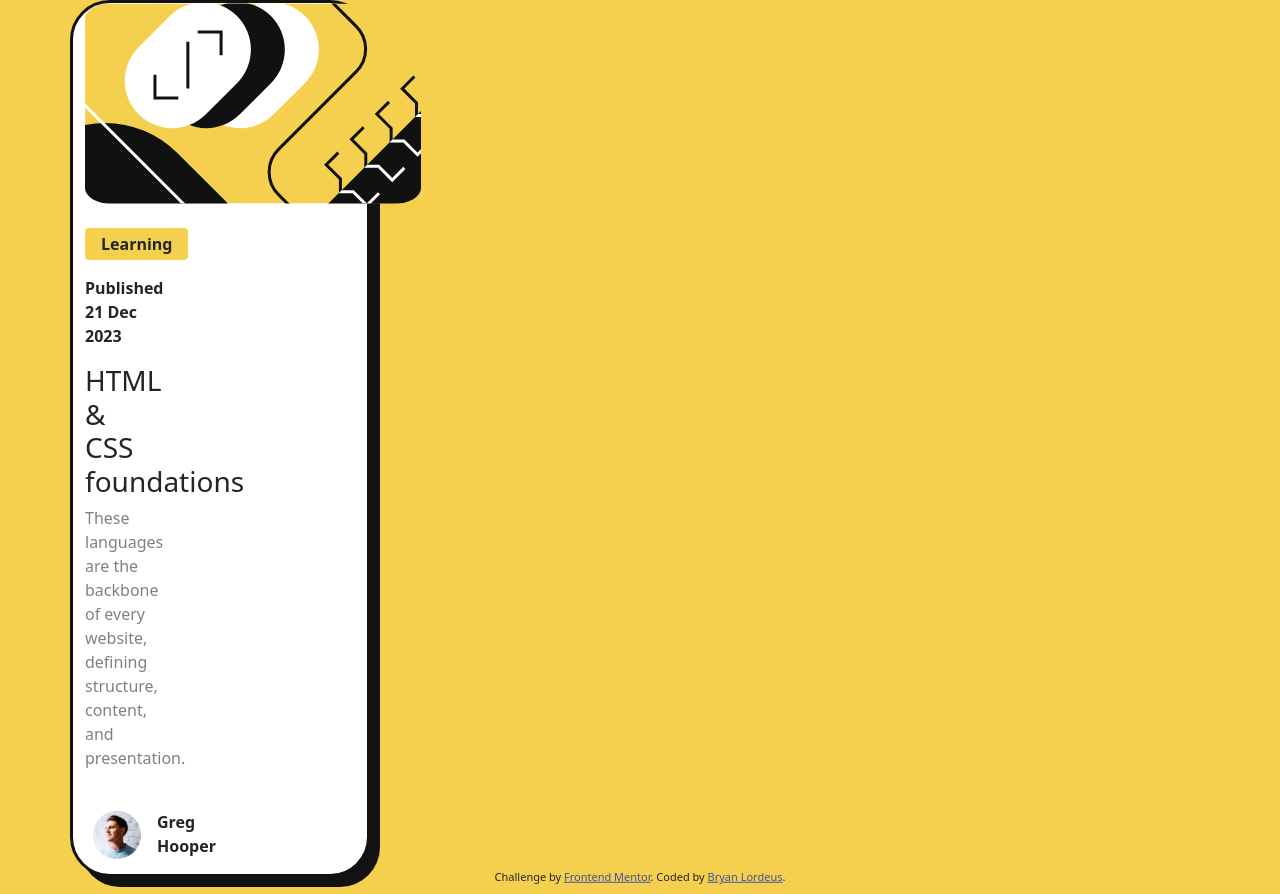
Repository: blordeus/blog-preview-card
Page: index.html
These files come from the project's save history. The page is drawn as it stood at one moment and after a run of saves; the edit follows.
The browser window is 1280 px wide. The pictures show the whole page.
The style sheet was rebuilt from its Sass, Less or Tailwind sources for each picture, by a compiler version that may differ from the author's.

Above is the page before, as saved 2024-02-10 11:35:57.

### index.html
<!DOCTYPE html>
<html lang="en">
<head>
  <meta charset="UTF-8">
  <meta name="viewport" content="width=device-width, initial-scale=1.0"> <!-- displays site properly based on user's device -->

  <link rel="icon" type="image/png" sizes="32x32" href="./assets/images/favicon-32x32.png">
  <link rel="stylesheet" href="style.css">
  <link href="https://cdn.jsdelivr.net/npm/bootstrap@5.1.3/dist/css/bootstrap.min.css" rel="stylesheet" integrity="sha384-1BmE4kWBq78iYhFldvKuhfTAU6auU8tT94WrHftjDbrCEXSU1oBoqyl2QvZ6jIW3" crossorigin="anonymous">
  <title>Frontend Mentor | Blog preview card</title>

</head>
<body class="yellow-bg container">
<main class=" white-bg black-shadow row">
    <div class="col-sm-4">
      <img class="img-header rounded-edges" src="assets\images\illustration-article.svg" alt="header image">
      <div class="mt-4">
        <p class="yellow-bg d-inline-block px-3 py-1 rounded fw-bold">Learning</p>
      </div>
      <p class="fw-bold">Published 21 Dec 2023</p>
      <h1 class="h3">HTML & CSS foundations</h1>
      <p class="grey-text">These languages are the backbone of every website, defining structure, content, and presentation.</p>

      <div class="d-flex gap-2 pt-2 align-items-center">
        <img class="greg" src="assets\images\image-avatar.webp" alt="author image">
        <p class="mt-3 fw-bold">Greg Hooper</p>
      </div>

    </div>
</main>
<div class="attribution d-none d-sm-block translate-middle-y">
    Challenge by <a href="https://www.frontendmentor.io?ref=challenge" target="_blank">Frontend Mentor</a>.
    Coded by <a href="www.bryanlordeus.com">Bryan Lordeus</a>.
  </div>
</body>
</html>

### style.scss
@font-face {
    font-family: Figtree;
    src: url(./assets/fonts/Figtree-VariableFont_wght.ttf);
}

@font-face {
    font-family: Figtree-Italic;
    src: url(./assets/fonts/Figtree-Italic-VariableFont_wght.ttf) format("truetype");
    font-style: italic;
}

// Primary

$Yellow: hsl(47, 88%, 63%);

// Neutral

$White: hsl(0, 0%, 100%);
$Grey: hsl(0, 0%, 50%);
$Black: hsl(0, 0%, 7%);

//reset

* {
    margin: 0;
    padding: 0;
    box-sizing: border-box;
}

body {
    font-family: Figtree;
}

main{
    border-radius: 10px;
    //translate vertically to center of screen
}

.rounded-edges {
    border-radius: 5%;
}

p {
    font-size: 16px;
}


.yellow-bg {
    background-color: $Yellow;

}

.black-bg {
    background-color: $Black;
}

//create a black shadow for the box that offsets to the right and bottom

.black-shadow {
    box-shadow: 10px 10px 0px $Black;
    border: 2px solid $Black;
}

.grey-text {
    color: $Grey;
}

.white-bg {
    background-color: $White;
}

.black-text {
    color: $Black;
}

.greg {
    scale: 0.75;
}

.attribution { font-size: 11px; text-align: center; }
.attribution a { color: hsl(228, 45%, 44%); }

//media query for desktop

@media (min-width: 768px) {
    .black-shadow {
        box-shadow: 10px 10px 0px $Black;
        border: 3px solid $Black;
    }

    //reduce main box size and center it to screen

    main {
        border-radius: 40px;
        max-width: 300px;
        //translate box to center of screen
        margin: auto;
    }

    .rounded-edges {
        border-radius: 8%;
    }

}

After the next 3 saves:
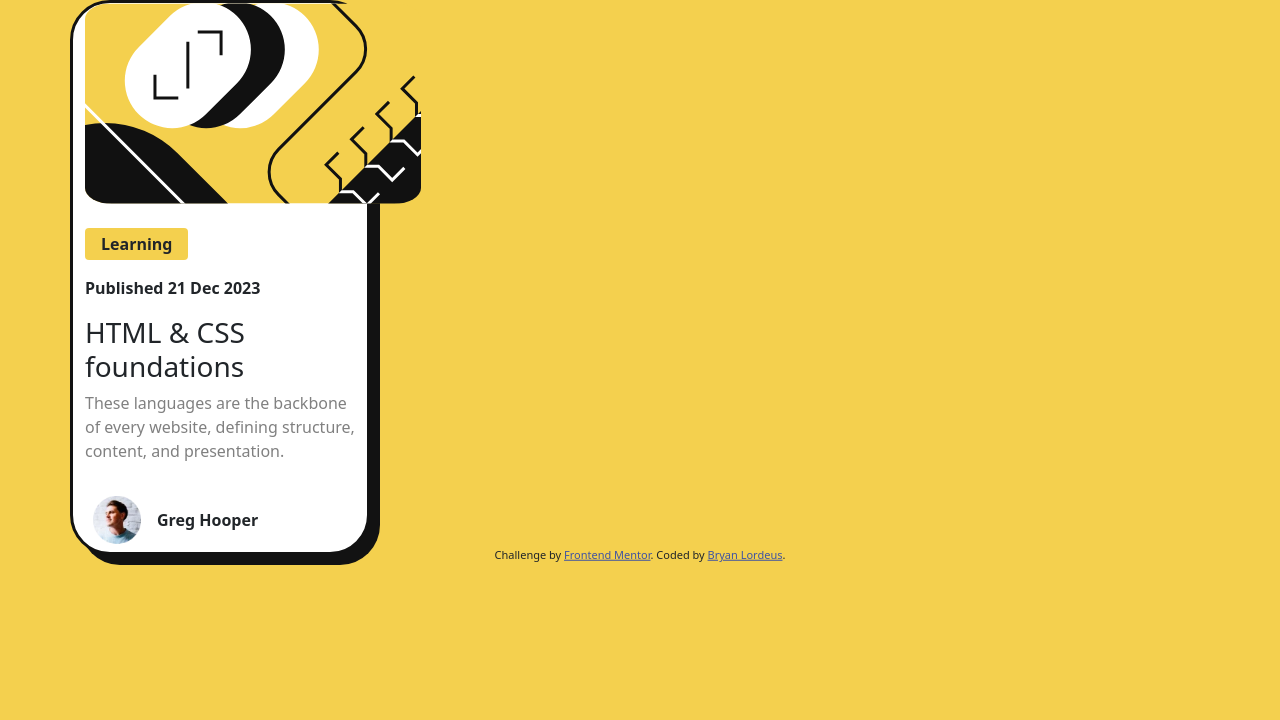
The 3 saves are shown as one change because they came seconds apart.
The last was saved 6 s later.
--- a/index.html
+++ b/index.html
@@ -12,7 +12,7 @@
 </head>
 <body class="yellow-bg container">
 <main class=" white-bg black-shadow row">
-    <div class="col-sm-4">
+    <div class="col container">
       <img class="img-header rounded-edges" src="assets\images\illustration-article.svg" alt="header image">
       <div class="mt-4">
         <p class="yellow-bg d-inline-block px-3 py-1 rounded fw-bold">Learning</p>
